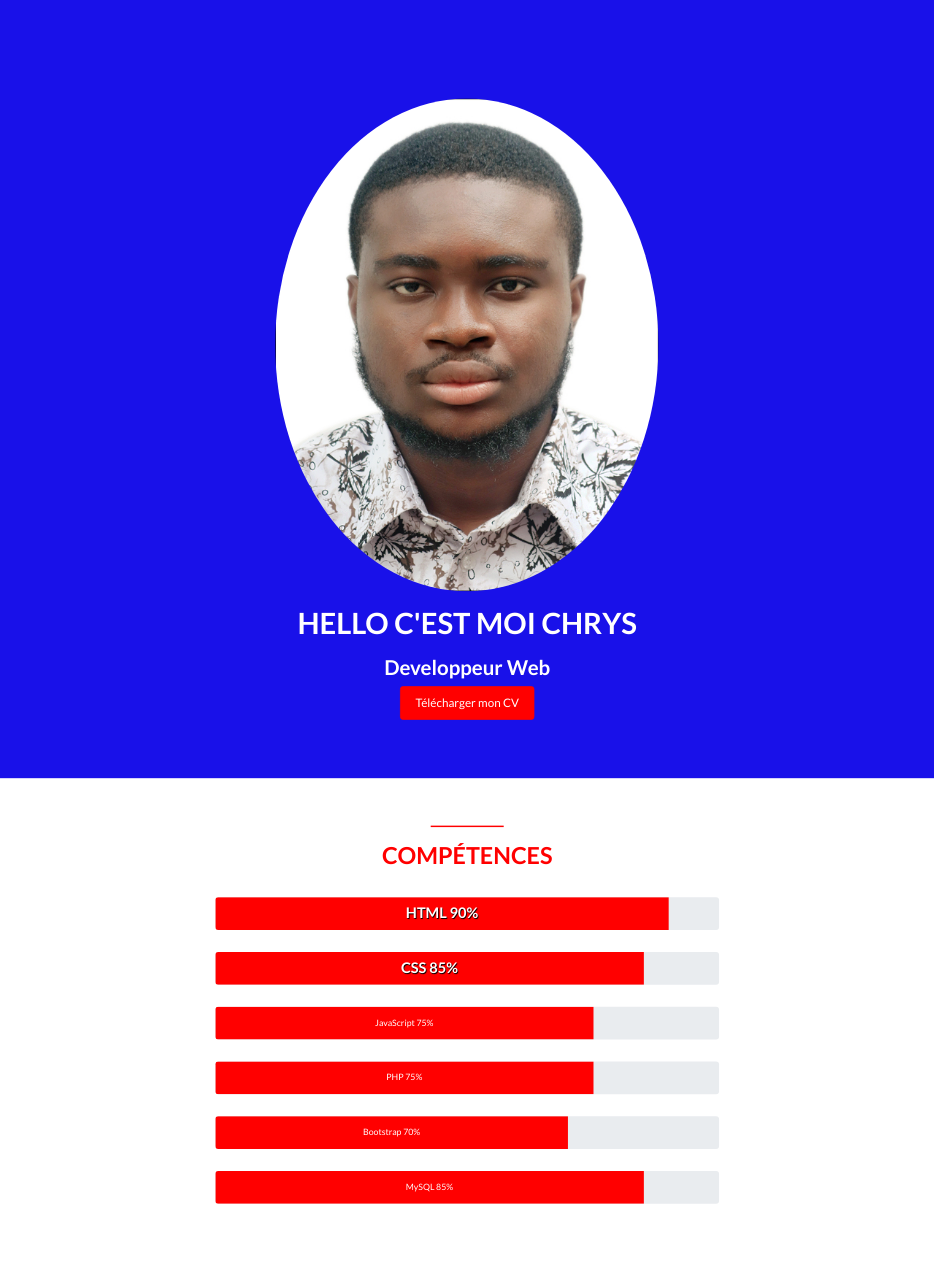
Repository: CHRYSOVR/CV_en_ligne_Interactif
Page: index.html
The author's editor kept a copy of each file at every save. The page is drawn from the files as they stood at one save, then again after the next save.
The browser window is 1280 px wide. The pictures show the whole page, at 73% of full size.

Above is the page before, as saved 2025-07-08 20:54:50.
Console error: TypeError: Cannot read properties of undefined (reading 'fn')

After the next save:
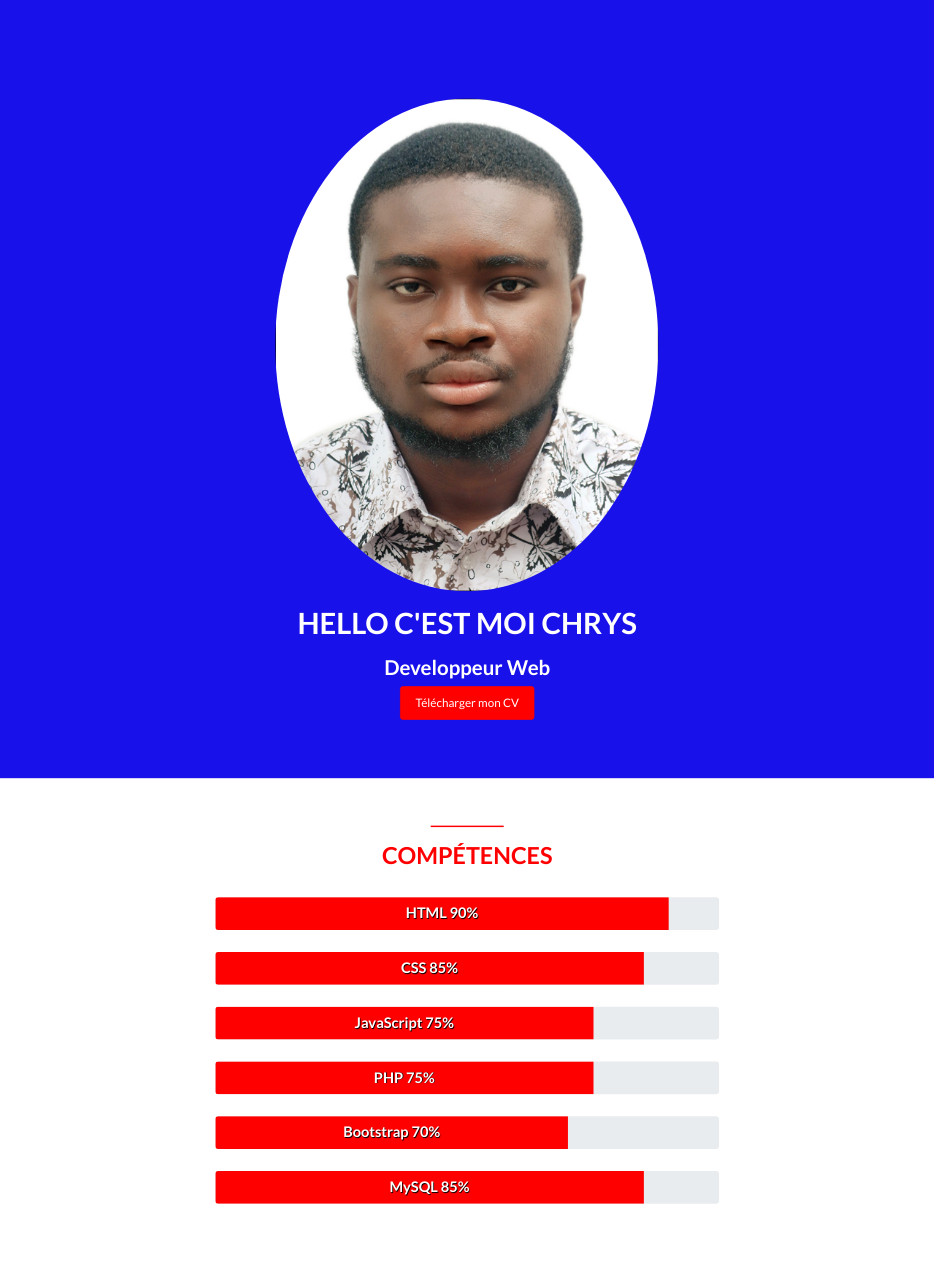
Saved 98 s later.
--- a/index.html
+++ b/index.html
@@ -45,22 +45,22 @@
                     </div>
                     <div class="mb-3">
                         <div class="progress">
-                            <div class="progress-bar" role="progressbar" style="width: 75%;" aria-valuenow="75" aria-valuemin="0" aria-valuemax="100">JavaScript 75%</div>
+                            <div class="progress-bar" role="progressbar" style="width: 75%;" aria-valuenow="75" aria-valuemin="0" aria-valuemax="100"><h5>JavaScript 75%</h5></div>
                         </div>
                     </div>
                      <div class="mb-3">
                         <div class="progress">
-                            <div class="progress-bar" role="progressbar" style="width: 75%;" aria-valuenow="75" aria-valuemin="0" aria-valuemax="100">PHP 75%</div>
+                            <div class="progress-bar" role="progressbar" style="width: 75%;" aria-valuenow="75" aria-valuemin="0" aria-valuemax="100"><h5>PHP 75%</h5></div>
                         </div>
                     </div>
                     <div class="mb-3">
                         <div class="progress">
-                            <div class="progress-bar" role="progressbar" style="width: 70%;" aria-valuenow="70" aria-valuemin="0" aria-valuemax="100">Bootstrap 70%</div>
+                            <div class="progress-bar" role="progressbar" style="width: 70%;" aria-valuenow="70" aria-valuemin="0" aria-valuemax="100"><h5>Bootstrap 70%</h5></div>
                         </div>
                     </div>
                     <div class="mb-3">
                         <div class="progress">
-                            <div class="progress-bar" role="progressbar" style="width: 85%;" aria-valuenow="85" aria-valuemin="0" aria-valuemax="100">MySQL 85%</div>
+                            <div class="progress-bar" role="progressbar" style="width: 85%;" aria-valuenow="85" aria-valuemin="0" aria-valuemax="100"><h5>MySQL 85%</h5></div>
                         </div>
                     </div>
 
